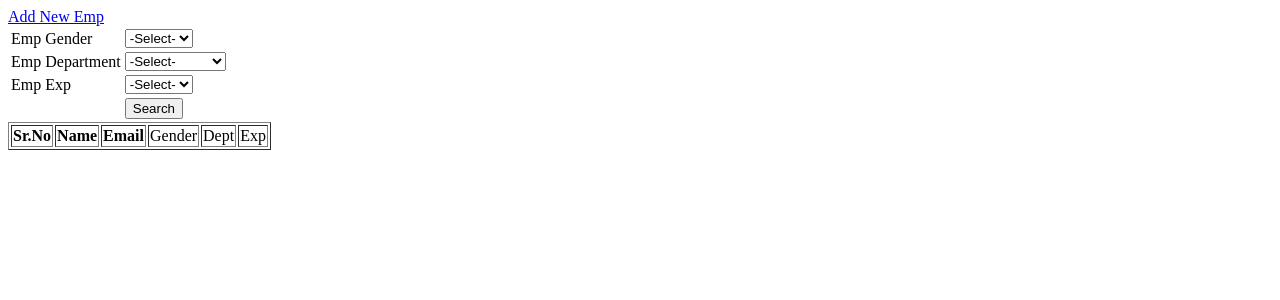
Repository: kiran1231276/book-my-show-app
Page: http://localhost/EmpProjectApp/emps.jsp
The author's editor kept a copy of each file at every save. The page is drawn from the files as they stood at one save, then again after the next save.
The browser window is 1280 px wide. The pictures show the whole page.
The page is served by Tomcat 9. The template is opened directly, without the code that normally fills it, so the values that code supplies are empty.

Above is the page before, as saved 2023-12-29 07:53:57.

After the next save:
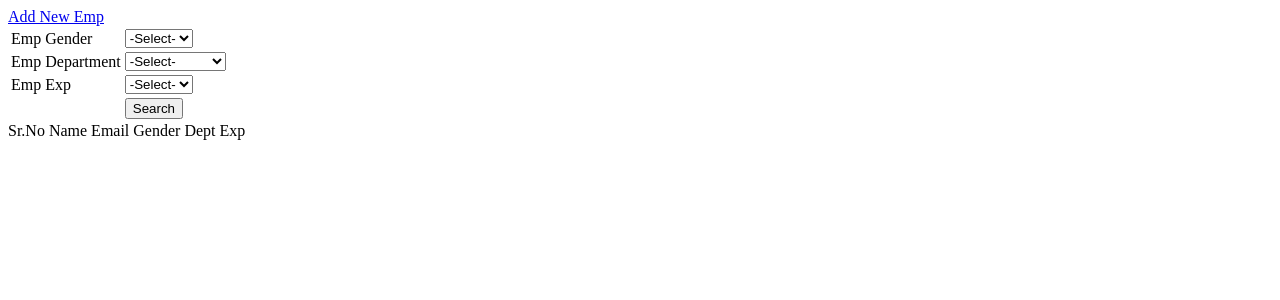
Saved 81 s later.
--- a/Ashok It Advanced Java/EmpProjectApp/src/main/webapp/emps.jsp
+++ b/Ashok It Advanced Java/EmpProjectApp/src/main/webapp/emps.jsp
@@ -51,15 +51,15 @@
             </tr>
         </table>
     </form>
-             <table border="1">
+
         <thead>
             <tr>
                 <th>Sr.No</th>
                 <th>Name</th>
                 <th>Email</th>
-                <td>Gender</td>
-                <td>Dept</td>
-                <td>Exp</td>
+                <th>Gender</th>
+                <th>Dept</th>
+                <th>Exp</th>
 
             </tr>
         </thead>
